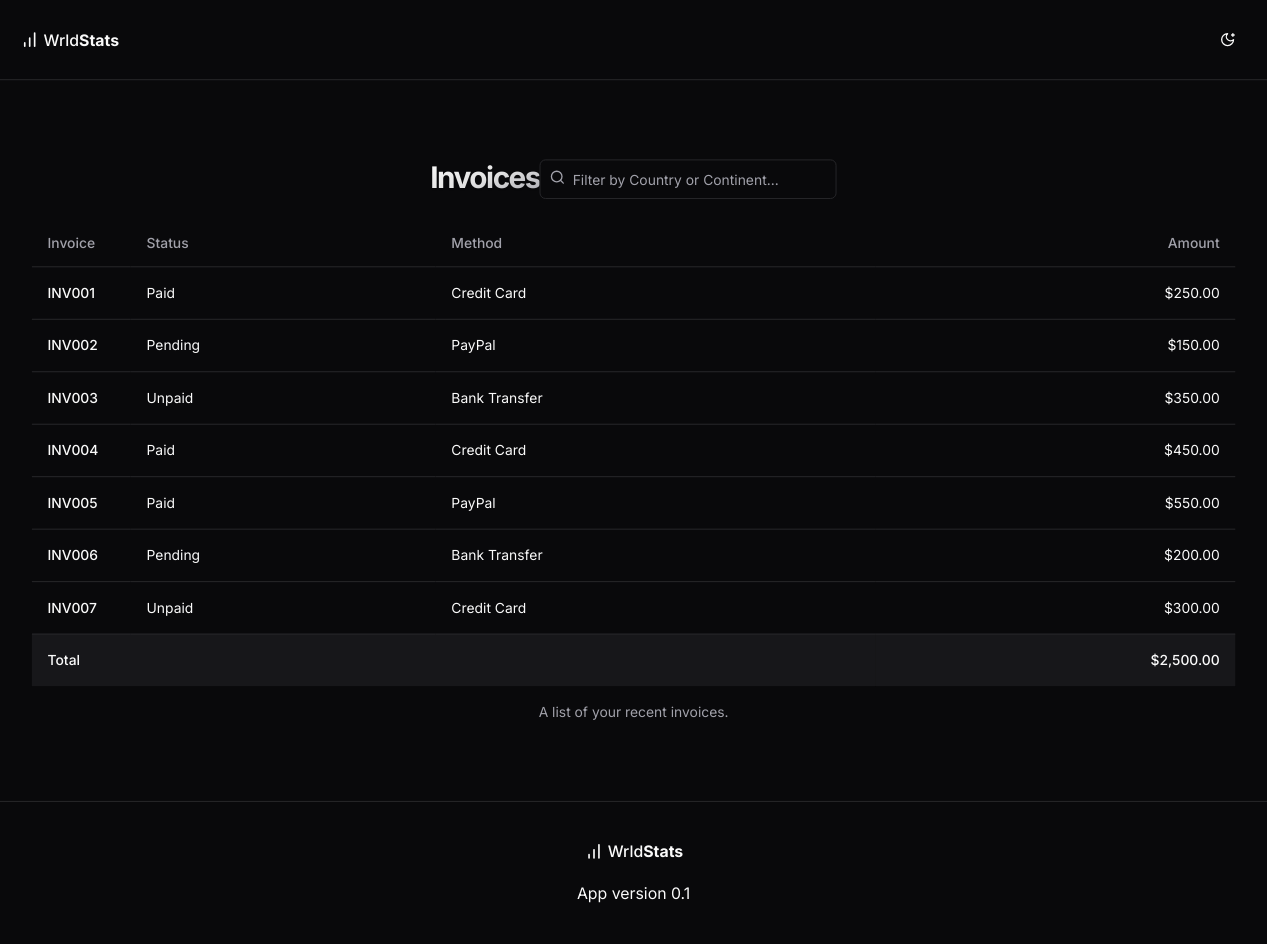
Repository: tushcmd/wrld-stats
Page: /
An editor plug-in stored every save of this project. The page is shown before and after the next save, followed by the edit.
The browser window is 1280 px wide. The pictures show the whole page, at 99% of full size.
The project was rebuilt for these pictures with package versions that can differ from the ones it lists, and the page was loaded fresh each time. The framework's server and built-in components were replaced by stand-ins that run in the browser. Also part of the build but not shown: next.config.mjs.

Above is the page before, as saved 2024-04-21 17:17:20.

After the next save:
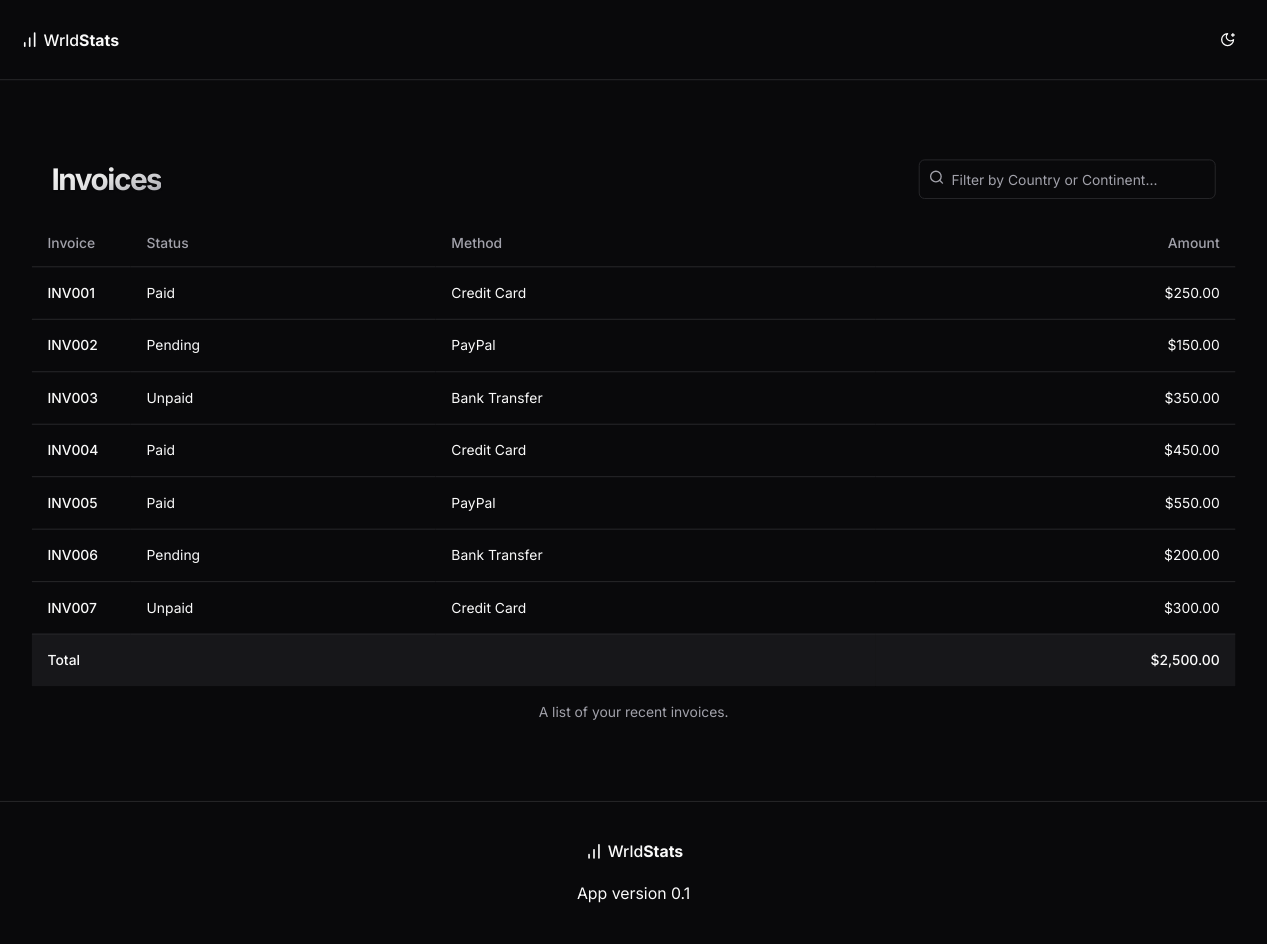
Saved 43 s later.
--- a/components/Hero.tsx
+++ b/components/Hero.tsx
@@ -6,7 +6,7 @@ import { Input } from './ui/input';
 const Hero: FC = () => {
   return (
     <section className="flex flex-col items-center justify-center gap-5">
-      <div className='flex flex-row justify-between'>
+      <div className='layout-container flex justify-between items-center max-w-7xl'>
         <p className='text-base lg:text-3xl tracking-tighter font-bold bg-gradient-to-br from-foreground via-secondary-foreground/90 to-muted-foreground bg-clip-text text-transparent drop-shadow-sm'>Invoices</p>
         <form className="ml-auto flex-1 sm:flex-initial">
           <div className="relative">
